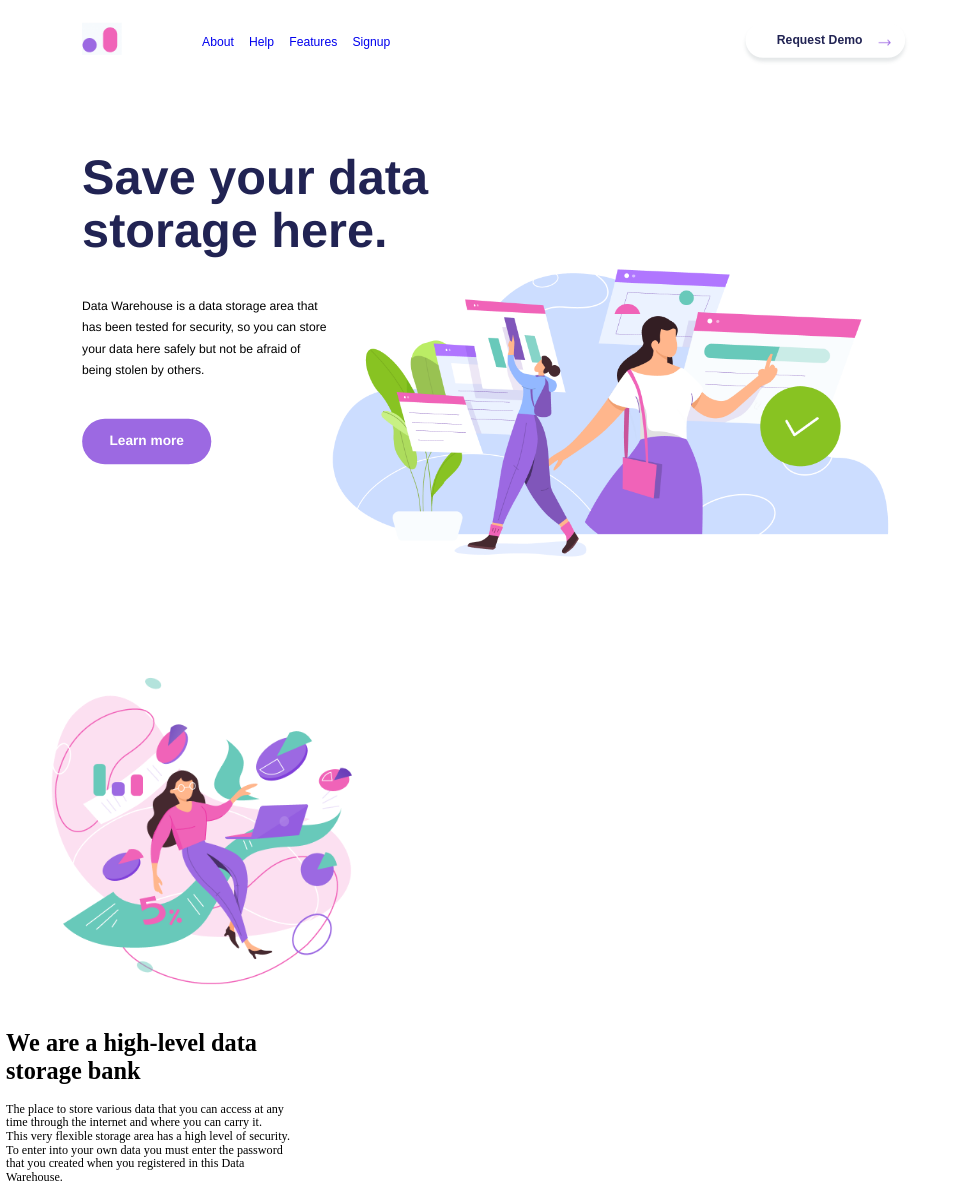
Repository: batonAnton/HW6_flexbox
Page: index.html
The author's editor kept a copy of each file at every save. The page is drawn from the files as they stood at one save, then again after the next save.
The browser window is 1280 px wide. The pictures show the whole page, at 76% of full size.
Some web fonts or font styles are not loaded; a fallback is used.

Above is the page before, as saved 2022-06-18 11:34:13.

### index.html
<!DOCTYPE html>
<html lang="en">
<head>
    <meta charset="UTF-8">
    <meta http-equiv="X-UA-Compatible" content="IE=edge">
    <meta name="viewport" content="width=device-width, initial-scale=1.0">
    <link href="http://fonts.cdnfonts.com/css/helvetica-neue-9" rel="stylesheet">
    <link rel="stylesheet" href="./fonts/Helvetica-Bold.ttf">
    <link rel="stylesheet" href="./fonts/AvenirLTStd-Black.otf">
    <link rel="stylesheet" href="/css/style.css">
    <title>FlexBox</title>
</head>
<body>
    <header>
        <div class="logo">
            <img src="./images/logo.png" alt="logo">
        </div>

        <nav>
            <ul>
                <li>
                    <a href="#">about</a>
                </li>
                <li>
                    <a href="#">help</a>
                </li>
                <li>
                    <a href="#">features</a>
                </li>
                <li>
                    <a href="#">signup</a>
                </li>
            </ul>
        </nav>

        <div class="header-btn">
            <div>
                <button>request demo</button>
            </div>
            <div class="btn-img">
                <img src="./images/right-arrow.png" alt="arrow-right" >
            </div>
        </div>
    </header>

    <div class="section">
        <div class="info">
            <h1>Save your data <br> storage here.</h1>
            <p>Data Warehouse is a data storage area that <br>has been
                tested for security, so you can store <br> your data here
                safely but not be afraid of <br> being stolen by others.</p>
            <button>Learn more</button>
        </div>

        <div class="section-img">
            <img src="./images/headerImg.png" alt="">
        </div>
    </div>

    <div class="section2">
        <div class="sectin2-img">
            <img src="./images/assideimg.png" alt="assideimg">
        </div>

        <div class="section2-info">
            <h1>We are a high-level data <br> storage bank</h1>
            <p>
                The place to store various data that you can access at any <br> time through the internet  and where you can carry it. <br>
                This very flexible storage area has a high level of security. <br> To enter into your own data you must enter the password <br> that you created when you registered in this Data <br> Warehouse.
            </p>
        </div>
    </div>
</body>
</html>

### css/style.css
body {
  box-sizing: border-box;
  font-family: "Avenir";
}

header {
  display: flex;
  margin: 30px 100px;
  justify-content: space-between;
  /* border: 1px solid gray; */
 font-family: Arial, Helvetica, sans-serif;
  font-size: 16px;
}


nav {
  margin-right: 40%;
}

nav ul {
  display: flex;
  list-style: none;
  color: #4b5d68;
}

nav ul li a {
  text-decoration: none;
  padding-left: 20px;
  text-transform: capitalize;
}

.header-btn {
  display: flex;
  justify-content: center;
}


.header-btn button {
  padding: 15px 30px 15px 15px;
  text-transform: capitalize;
  border: none;
  border-radius: 50px;
  background: #ffffff;
  box-shadow: 0px 5px 5px rgb(75 93 104 / 15%);
  width: 210px;
  color: #212353;
  font-size: 16px;
  font-weight: 800;
  line-height: 100%;
  letter-spacing: 0.005em;
}

.btn-img {
  margin-left: -35px;
  padding-left: -15px;
  align-self: center;
}

button img {
  padding-top: 5px;
  margin-left: 5px;
}

button:hover {
  border: 1px solid rgba(156, 105, 226, 1);
  text-decoration: underline;
}

.section {
  display: flex;
  margin: 70px 100px;
  position: relative;
  height: 600px;
  overflow: hidden;
}


.info {
  width: 50%;
}

.section h1 {
  font-style: normal;
  font-weight: 700;
  font-size: 4rem;
  line-height: 110%;
  font-family: "Helvetica Neue", sans-serif;
  color:#212353;
  font-weight: 700;
}



.section p {
  font-family: 'Avenir', Helvetica, sans-serif;
  font-style: normal;
  font-weight: 500;
  font-size: 16px;
  line-height: 28px;
  margin-top: 50px;
  margin-bottom: 50px;
}

.section-img {
  position: absolute;
  bottom: 1%;
  right: -13%;
}
.section-img img {
  width: 84%;
}

.info button{
    font-family: 'Avenir', Helvetica, sans-serif;
    font-style: normal;
    font-weight: 700;
    font-size: 18px;
    line-height: 160%;
    background-color: #9C69E2;
    border-radius: 50px;
    color: #ffffff;
    width: 170px;
    height: 60px;
    border: none;
    cursor: pointer;
}

After the next save:
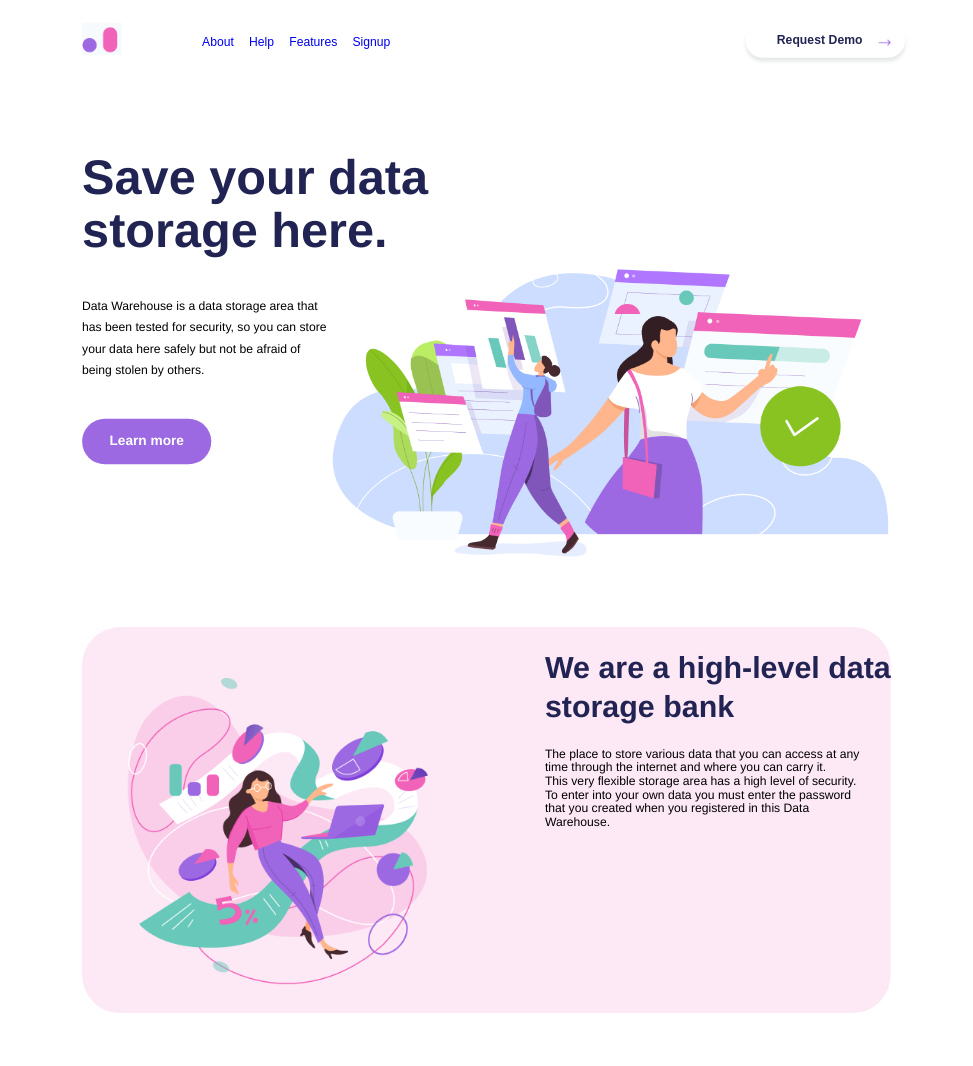
Saved 46 s later.
--- a/css/style.css
+++ b/css/style.css
@@ -124,3 +124,21 @@ button:hover {
     border: none;
     cursor: pointer;
 }
+
+
+.section2{
+    display: flex;
+    justify-content: space-between;
+    margin: 70px 100px;
+    background: rgba(240, 99, 184, 0.15);
+    border-radius: 50px;
+    font-family: 'Avenir', Helvetica, sans-serif;
+}
+
+.section2 h1{
+    font-style: normal;
+    font-weight: 700;
+    font-size: 40px;
+    line-height: 130%;
+    color: #212353;
+}
